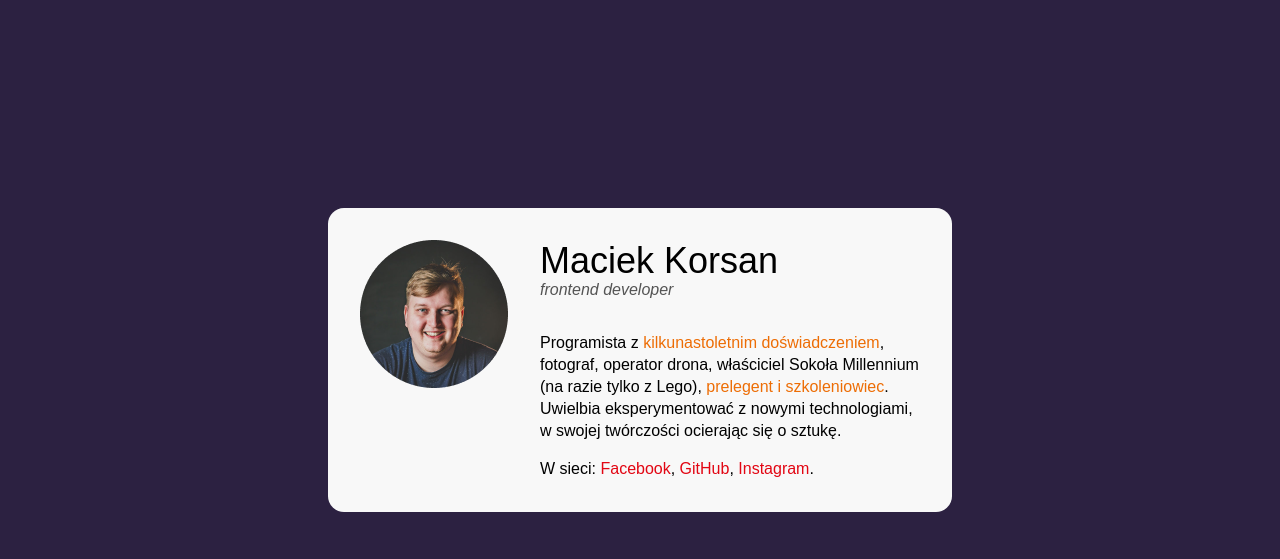
Repository: ArturNatwora/business-card
Page: index.html
The author's editor kept a copy of each file at every save. The page is drawn from the files as they stood at one save, then again after the next save.
The browser window is 1280 px wide. The pictures show the whole page.

Above is the page before, as saved 2019-06-20 00:34:39.

### index.html
<!DOCTYPE html>
<html lang="pl">
<head>
    <meta charset="UTF-8">
    <meta name="viewport" content="width=device-width, initial-scale=1.0">
    <meta http-equiv="X-UA-Compatible" content="ie=edge">

    <link rel="stylesheet" href="css/normalize.css">
    <link rel="stylesheet" href="css/style.css">


    <title>Wizytówka</title>
</head>
<body>
    <main class="card">
        <img src="img/avatar.png" alt="fotografia Maćka" class="person__photo">
        <div class="cardBody">
            <header class="person__header">
                <h1 class="person__name">Maciek Korsan</h1>
                <span class="person__position">frontend developer</span>
            </header>
            <p class="person__description">Programista z <strong class="person__special">kilkunastoletnim doświadczeniem</strong>, fotograf, operator drona, właściciel Sokoła Millennium (na razie tylko z Lego),<strong class="person__special"> prelegent i szkoleniowiec</strong>. Uwielbia eksperymentować z nowymi technologiami, w swojej twórczości ocierając się o sztukę.
            </p>
            <p class="person__description a">W sieci:
                <a href="#" class="person__link">Facebook</a>,
                <a href="#" class="person__link">GitHub</a>,
                <a href="#" class="person__link">Instagram</a>.
            </p>

        </div>
    </main>


</body>
</html>

### css/style.css
html {
  box-sizing: border-box;
}

*,
*:after,
*:before {
  box-sizing: inherit;
}
body {
  background: #2c2141;
  display: flex;
  justify-content: center;
  align-items: center;
  height: 100vh;
  padding: 16px;
font-family: Arial;
}

.card {
  background: #f8f8f8;
  padding: 32px;
  width: 100%;
  max-width: 624px;
  border-radius: 16px;
  display: flex;
}
.person__description{

    font-style: normal;
    font-weight: normal;
    font-size: 16px;
    line-height: 22px;



    color: #000000;
}
.person__header{
    margin-bottom: 32px;
}
.person__link{
  color: #E20613;
  text-decoration: none;
}
.person__name {
    font-weight: normal;

  font-size: 36px;
  line-height: 41px;
  margin:0;
}
.person__photo {
  width: 148px;
  height: 148px;
  margin-right: 32px;
}
.person__position{
    font-size: 16px;
    font-style: italic;
    color: #545454;

}
.person__special{
  font-style: normal;
  font-weight: normal;
color: #ED6D05;
}
div {

  margin: 0;
}
.a{
    margin-bottom: 0;
}

Loaded but not shown: css/normalize.css (library)

After the next save:
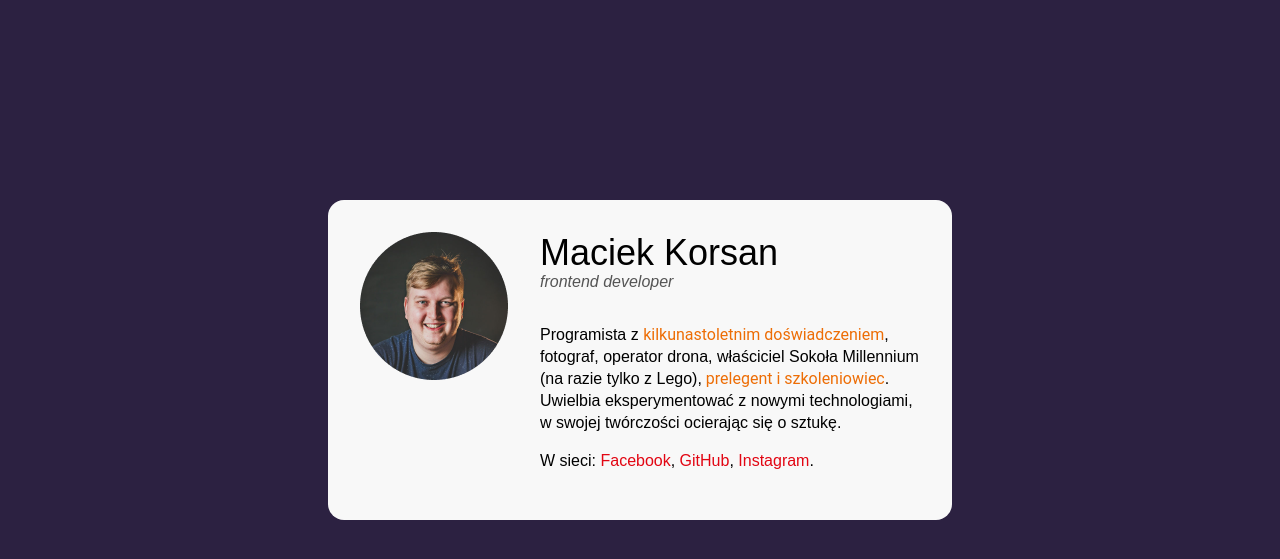
Saved 9 h 59 min later.
--- a/css/style.css
+++ b/css/style.css
@@ -62,14 +62,18 @@ font-family: Arial;
 
 }
 .person__special{
-  font-style: normal;
-  font-weight: normal;
+  font-family: Roboto;
+font-style: normal;
+font-weight: normal;
+font-size: 16px;
+line-height: 22px;
+
 color: #ED6D05;
 }
 div {
 
   margin: 0;
 }
-.a{
+div:last-child{
     margin-bottom: 0;
 }
